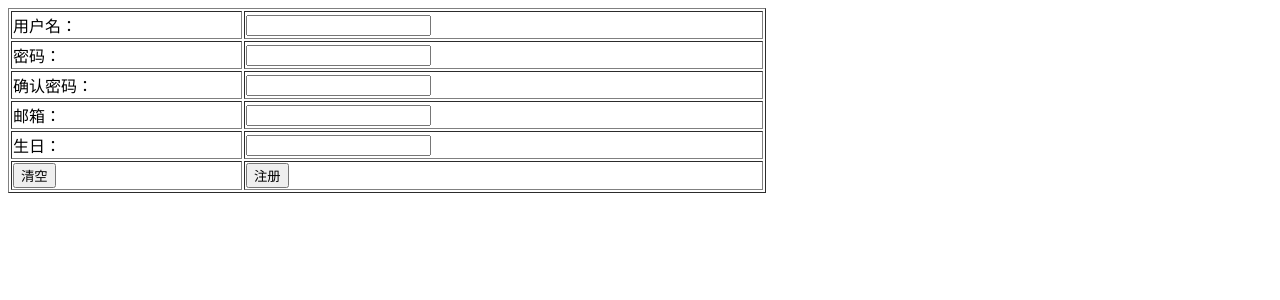
Repository: wsws1996/myproject
Page: http://localhost/day09_user/servlet/RegisterUIServlet
The author's editor kept a copy of each file at every save. The page is drawn from the files as they stood at one save, then again after the next save.
The browser window is 1280 px wide. The pictures show the whole page.
The page is served by Tomcat 9. Other server files are loaded and not shown.

Above is the page before, as saved 2015-11-18 14:53:02.

### java/workspace/day09_user/WebRoot/WEB-INF/jsp/register.jsp
<%@ page language="java" import="java.util.*" pageEncoding="UTF-8"%>

<!DOCTYPE HTML PUBLIC "-//W3C//DTD HTML 4.01 Transitional//EN">
<html>
<head>

<title>用户注册</title>

</head>

<body style="text-align: center;">
	<form
		action="${pageContext.request.contextPath }/servlet/RegisterUIServlet" method="post">
		<table width="60%" border="1">
			<tr>
				<td>用户名：</td>
				<td><input type="text" name="username"></td>
			</tr>
			<tr>
				<td>密码：</td>
				<td><input type="password" name="password"></td>
			</tr>
			<tr>
				<td>确认密码：</td>
				<td><input type="password" name="password2"></td>
			</tr>
			<tr>
				<td>邮箱：</td>
				<td><input type="text" name="email"></td>
			</tr>
			<tr>
				<td>生日：</td>
				<td><input type="text" name="birthday"></td>
			</tr>
			<tr>
				<td><input type="reset" value="清空"></td>
				<td><input type="submit" value="注册"></td>
			</tr>
		</table>
	</form>
</body>
</html>

### java/workspace/day09_user/src/cn/wang/web/UI/RegisterUIServlet.java
package cn.wang.web.UI;

import java.io.IOException;

import javax.servlet.ServletException;
import javax.servlet.http.HttpServlet;
import javax.servlet.http.HttpServletRequest;
import javax.servlet.http.HttpServletResponse;

public class RegisterUIServlet extends HttpServlet {

	public void doGet(HttpServletRequest request, HttpServletResponse response)
			throws ServletException, IOException {
		request.getRequestDispatcher("/WEB-INF/jsp/register.jsp").forward(request, response);
	}

	public void doPost(HttpServletRequest request, HttpServletResponse response)
			throws ServletException, IOException {

		doGet(request, response);
	}


}

After the next save:
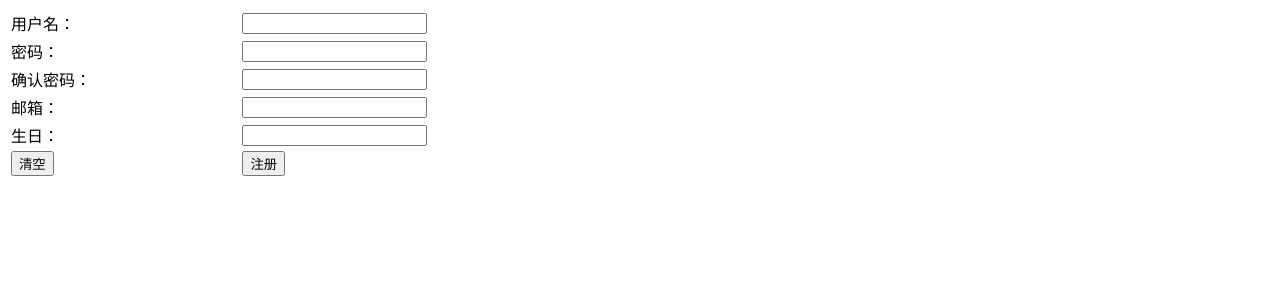
Saved 19 s later.
--- a/java/workspace/day09_user/WebRoot/WEB-INF/jsp/register.jsp
+++ b/java/workspace/day09_user/WebRoot/WEB-INF/jsp/register.jsp
@@ -11,7 +11,7 @@
 <body style="text-align: center;">
 	<form
 		action="${pageContext.request.contextPath }/servlet/RegisterUIServlet" method="post">
-		<table width="60%" border="1">
+		<table width="60%">
 			<tr>
 				<td>用户名：</td>
 				<td><input type="text" name="username"></td>
